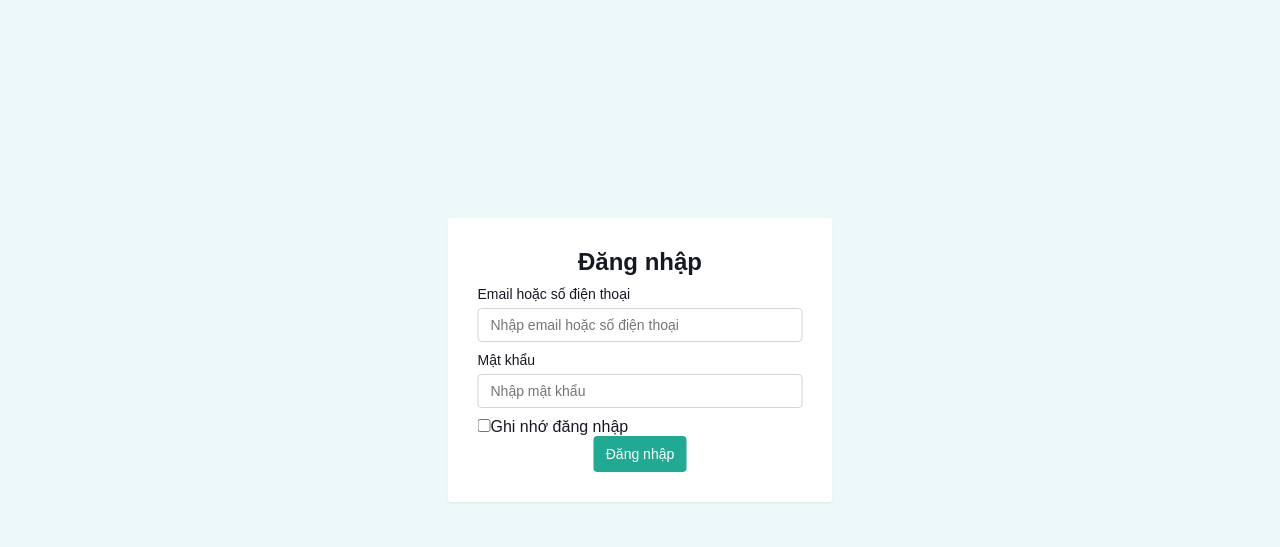
Repository: ntq25012002/chat-app
Page: /login
The author's editor kept a copy of each file at every save. The page is drawn from the files as they stood at one save, then again after the next save.
The browser window is 1280 px wide. The pictures show the whole page.
The project was rebuilt for these pictures with package versions that can differ from the ones it lists, and the page was loaded fresh each time. Also part of the build but not shown: src/pages/Home/index.js, src/pages/Profile/index.js, src/layouts/components/SideBar/index.js, src/layouts/DefaultLayout/index.js.

Above is the page before, as saved 2023-05-19 10:51:36.

### src/index.js
import React from 'react';
import ReactDOM from 'react-dom/client';
// import './index.css';
import App from './App';
import reportWebVitals from './reportWebVitals';
import GlobalStyles from '~/components/GlobalStyles';

const root = ReactDOM.createRoot(document.getElementById('root'));
root.render(
  <React.StrictMode>
    <GlobalStyles>
      <App />
    </GlobalStyles>
  </React.StrictMode>
);

// If you want to start measuring performance in your app, pass a function
// to log results (for example: reportWebVitals(console.log))
// or send to an analytics endpoint. Learn more: https://bit.ly/CRA-vitals
reportWebVitals();

### src/App.js
// import logo from './logo.svg';
import './App.css';
import React, {Fragment} from 'react';
import { BrowserRouter as Router, Routes, Route } from 'react-router-dom';
import {publicRoutes, privateRoutes} from '~/routes';
import DefaultLayout from '~/layouts/DefaultLayout';
function App() {
  return (
    <Router>
      <div className="App">
          <Routes>
            {
              publicRoutes.map((route, index) => {
                const Page = route.component;
                let Layout = DefaultLayout;
                if(route.layout) {
                  Layout = route.layout;
                }else if(route.layout === null) {
                  Layout = Fragment;
                }

                return (
                  <Route
                      key={index}
                      path={route.path}
                      element={
                        <Layout>
                          <Page />
                        </Layout>
                      }
                    />
                )
              })
            }

          </Routes>
      </div>
    </Router>
  );
}

export default App;

### src/components/GlobalStyles/index.js
import styles from '~/components/GlobalStyles/GlobalStyle.scss';

function GlobalStyles({ children }) {
    return children
}

export default GlobalStyles;

### src/routes/index.js
import Home from '~/pages/Home'
import Login from '~/pages/Login'
import Profile from '~/pages/Profile'

const publicRoutes = [
    {path: '/', component: Home},
    {path: '/profile', component: Profile},
    {path: '/login', component: Login, layout: null},
]

const privateRoutes = [
    // {route: '/dashboard', component: Dashboard},
]

export {publicRoutes, privateRoutes}

### src/components/GlobalStyles/GlobalStyle.scss
@import url("https://fonts.googleapis.com/css2?family=Poppins:wght@200;300;400;500;600;700&display=swap");

$heightHeader: 60px;
$widthPage: 100%;
$textColorPrimary: #161823;
$colorPrimary: #FE2C55;
$textColorSecond: #161823bf;

:root {
    --width-page: 100%;
    --height-header: 60px;
    --color-primary: #FE2C55;
    --text-color-primary: #161823;
    --text-coloe-second: #161823bf;
    --color-white: #FFFFFFFF;
    --border-color: #0000001f;
    --background-hover: rgb(22 24 35 / 3%);
}

html {
    font-size:62.5%
}

* {
    margin: 0;
    padding: 0;
    box-sizing: border-box;
}

body {
    // font-family: 'Montserrat', sans-serif;
    // font-family: 'Roboto', sans-serif;
    font-family: ProximaNova, Arial, Tahoma, PingFangSC, sans-serif;
    font-size: 1.6rem;
    text-rendering: optimizeSpeed;
    color: $textColorPrimary;
}

button, input, [tabindex] {
    border: none;
    outline: none;
}

a[href] {
    color: $textColorPrimary;
    text-decoration: none;
}

.wrapper {
    margin: 0 auto;
    display: flex;
    align-items: space-between;
    flex-direction: column;
}

.container {
    max-width: $widthPage;
    width: $widthPage;
    margin: 0 auto;
    display: flex;
}

.text-left {
    text-align: left;
}
.text-center {
    text-align: center;
}
.d-block {
    display: block;
}
.d-flex {
    display: flex;
}
.flex-column {
    flex-direction: column;
}
.justify-content-center {
    justify-content: center;
}

.justify-content-between {
    justify-content: space-between;
}

.justify-content-start {
    justify-content: start;
}

// BUTTON

.btn {
    padding: 10px 14px;
    border-radius: 4px;
}

### src/pages/Login/index.js
import React from 'react';
import classNames from 'classnames/bind';
import styles from './Login.module.scss';
import images from '~/assets/images'

const cx = classNames.bind(styles);
function Login() {
    return (
            <div className={cx('wrapper')}>
                <div className={cx('content')} >
                    <img src={images.bg_login} alt="" />
                    <div className={cx('form-container')}>
                        <div className={cx('title')}>
                            <h2>Đăng nhập</h2>
                        </div>
                        <form className={cx('form form-register')}>
                            <div className={cx('form-group')}>
                                <label className={cx('form-label')}>Email hoặc số điện thoại</label>
                                <input type="text" className={cx('form-control')} placeholder='Nhập email hoặc số điện thoại'/>
                            </div>
                            <div className={cx('form-group')}>
                                <label className={cx('form-label')}>Mật khẩu</label>
                                <input type="password" className={cx('form-control')} placeholder='Nhập mật khẩu'/>
                            </div>
                            <div className='d-flex'>
                                <div className={cx('form-control')}>
                                    <input type="checkbox" />
                                    <label>Ghi nhớ đăng nhập</label>
                                </div>
                            </div>
                            <button className={cx('btn-submit')}>Đăng nhập</button>
                        </form>
                    </div>
                </div>
            </div>
        );
}

export default Login;

### src/pages/Login/Login.module.scss
.wrapper {
    background-color: rgb(237, 249, 249);
}
.content {
    height: 100vh;
    display: flex;
    justify-content: center;
    align-items: center;
    flex-direction: column;
    position: relative;

    .form-container {
        position: absolute;
        top: 50%;
        left: 50%;
        transform: translate(-50%, -50%);
        box-shadow: 0 0.125rem 0.25rem rgba(0,0,0,0.075);
        padding: 30px;
        background-color: #ffffff;
        border-radius: 4px;
        .title {
            margin-bottom: 10px;
        }
        .form-group {
            display: flex;
            flex-direction: column;
            .form-label {
                text-align: left;
                font-size: 14px;
                margin-bottom: 6px;
            }
            .form-control {
                padding: 8px 12px;
                border: 1px solid #ced4da;
                border-radius: 4px;
                font-size: 14px;
                min-width: 325px;
                margin-bottom: 10px;
            }
        }
        .btn-submit {
            padding: 10px 12px;
            font-size: 14px;
            border-radius: 4px;
            background-color: #21aa93;
            color: #ffffff;
        }
    }
}

### src/assets/images/index.js
const images = {
    // logo: require('~/assets/images/logo.svg').default,
    bg_login: require('~/assets/images/signin-img-cyan.svg').default
}

export default images;

Loaded but not shown: public/index.html (common file); src/reportWebVitals.js (common file); src/App.css (common file)

After the next save:
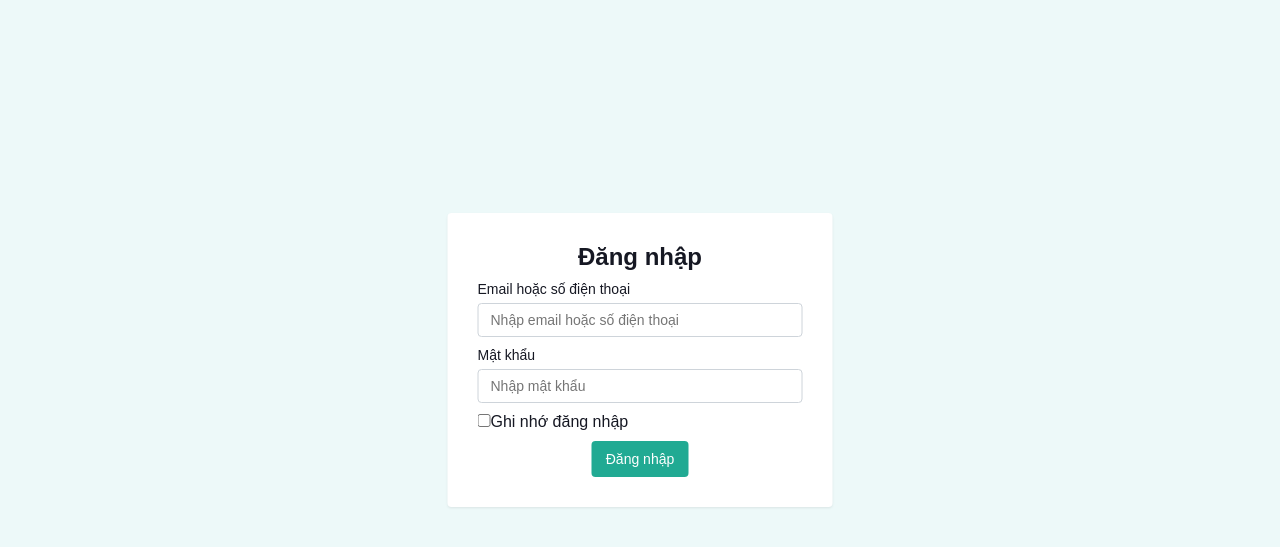
Saved 3 min 17 s later.
--- a/src/pages/Login/Login.module.scss
+++ b/src/pages/Login/Login.module.scss
@@ -39,7 +39,8 @@
             }
         }
         .btn-submit {
-            padding: 10px 12px;
+            margin-top: 10px;
+            padding: 10px 14px;
             font-size: 14px;
             border-radius: 4px;
             background-color: #21aa93;
